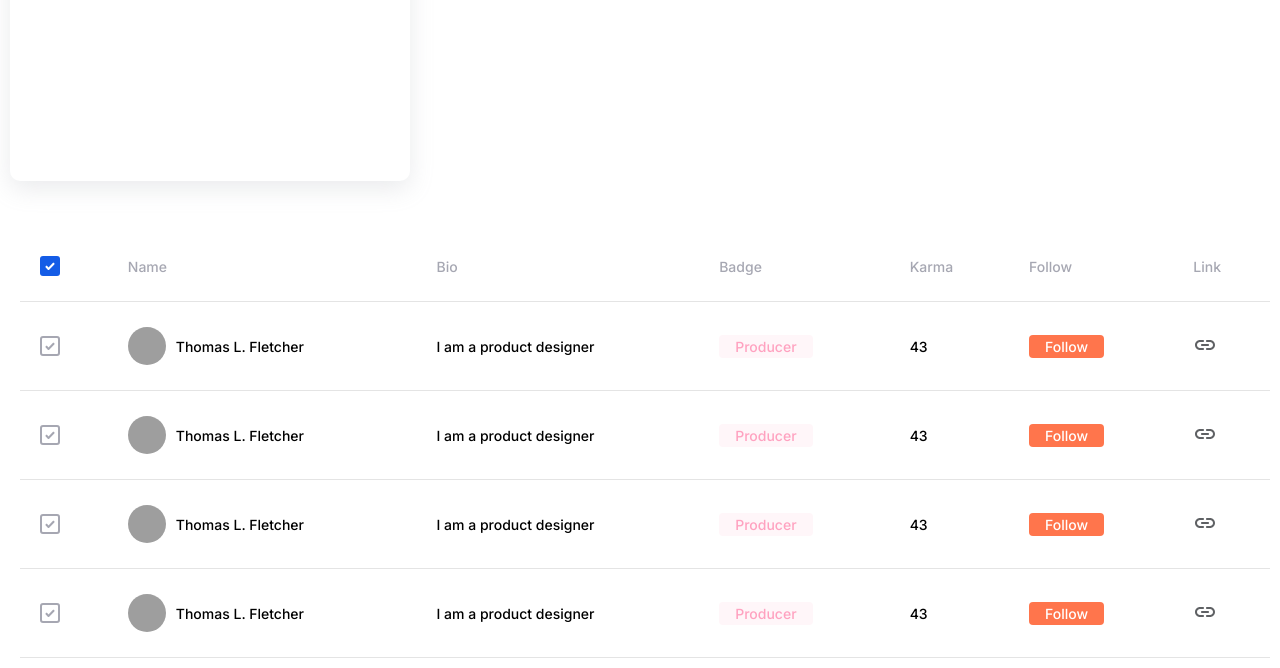
Repository: anhphapap/CSS
Page: test.html
The author's editor kept a copy of each file at every save. The page is drawn from the files as they stood at one save, then again after the next save.
The browser window is 1280 px wide. The pictures show the part of the page from y = 642 to 1310 px (the page is 1310 px tall).
Pictures or frames that could not be fetched are drawn as grey boxes. A picture or video elsewhere on the page could not be fetched, so the positions and the page height are approximate.

Above is the page before, as saved 2023-04-09 19:45:24.

After the next save:
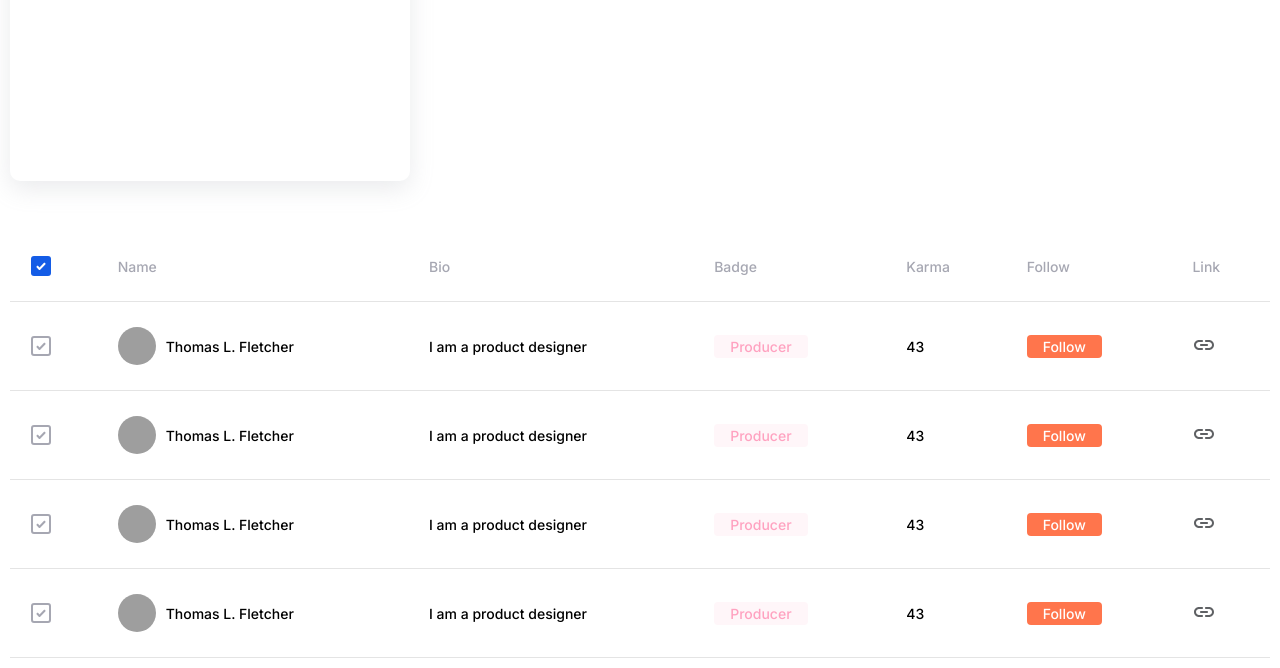
Saved 6 s later.
--- a/CSS/test.css
+++ b/CSS/test.css
@@ -279,7 +279,7 @@ table{
     text-align: left;
     font-size: 14px;
     position: relative;
-    border-left: 10px solid white;
+    border-left: 1px solid white;
 }
 
 table thead th:first-child,
